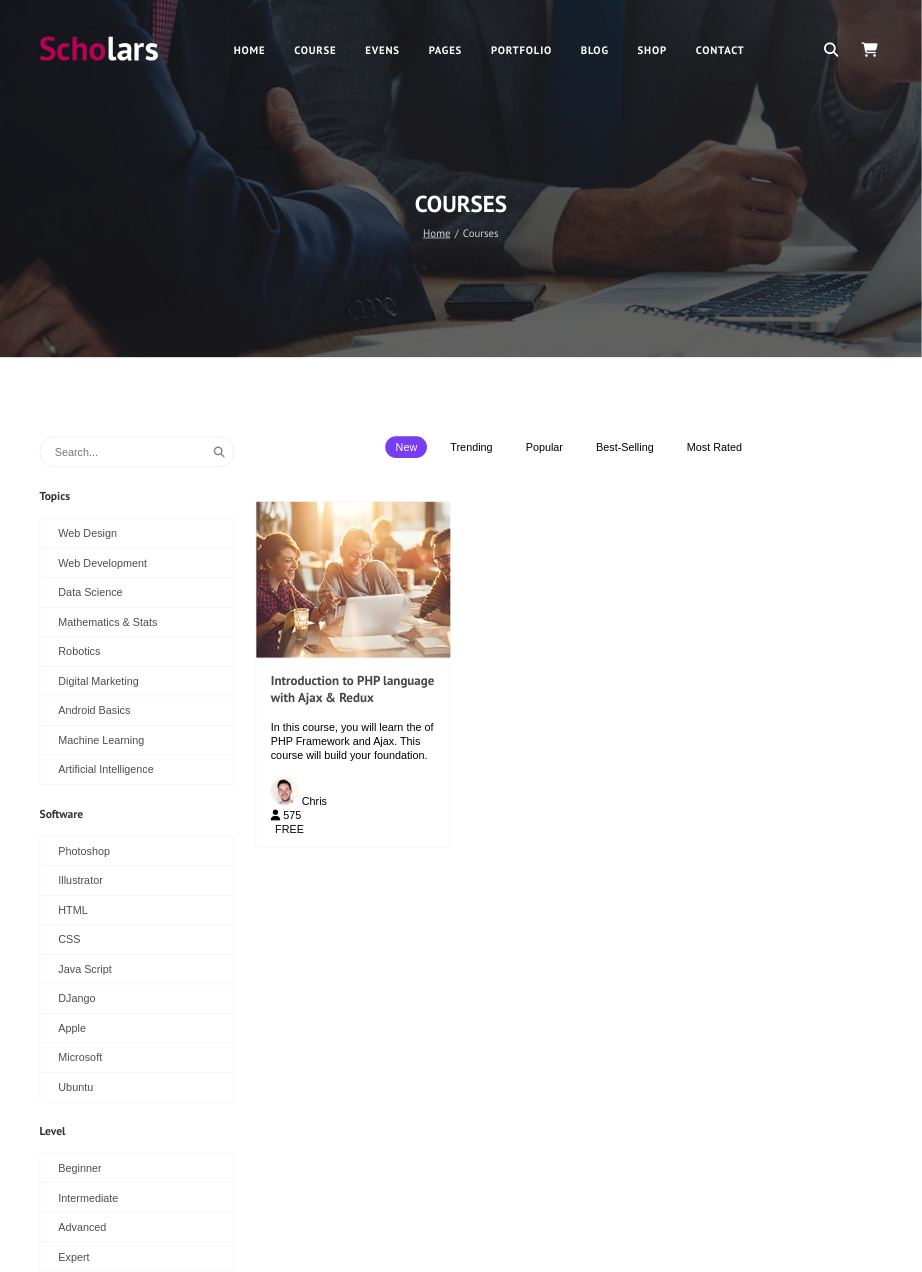
Repository: lannguyen1301/f8-zoom-day-7
Page: index.html
The author's editor kept a copy of each file at every save. The page is drawn from the files as they stood at one save, then again after the next save.
The browser window is 1280 px wide. The pictures show the whole page, at 72% of full size.
Some web fonts or font styles are not loaded; a fallback is used.

Above is the page before, as saved 2025-04-25 12:42:34.

### index.html
<!DOCTYPE html>
<html lang="en">

<head>
    <meta charset="UTF-8">
    <meta name="viewport" content="width=device-width, initial-scale=1.0">
    <title>Scholars - Education, University & LMS HTML Template</title>

    <!-- Styles -->
    <link rel="stylesheet" href="./assets/css/reset.css">
    <link rel="stylesheet" href="./assets/css/style.css">

    <!-- Icon Font Awesome -->
    <link rel="stylesheet" href="https://cdnjs.cloudflare.com/ajax/libs/font-awesome/6.7.2/css/all.min.css"
        integrity="sha512-Evv84Mr4kqVGRNSgIGL/F/aIDqQb7xQ2vcrdIwxfjThSH8CSR7PBEakCr51Ck+w+/U6swU2Im1vVX0SVk9ABhg=="
        crossorigin="anonymous" referrerpolicy="no-referrer" />

    <!-- Font -->
    <link rel="preconnect" href="https://fonts.googleapis.com">
    <link rel="preconnect" href="https://fonts.gstatic.com" crossorigin>

    <link
        href="https://fonts.googleapis.com/css2?family=PT+Sans:ital,wght@0,400;0,700;1,400;1,700&family=Source+Sans+3:ital,wght@0,200..900;1,200..900&display=swap"
        rel="stylesheet">
</head>

<body>
    <div class="wrapper">
        <!-- Start header wrapper -->
        <div class="header-wrapper">
            <div class="inner">
                <div class="container header-container">
                    <!-- Start Header -->
                    <div class="header">
                        <!-- logo -->
                        <a href="./">
                            <img src="./assets/img/logo/logo.png" alt="Scholars Logo" class="header-logo">
                        </a>

                        <!-- Start Navigation -->
                        <ul class="nav">
                            <li class="item">
                                <a href="#!" class="link">Home</a>
                            </li>
                            <li class="item">
                                <a href="#!" class="link">Course</a>
                            </li>
                            <li class="item">
                                <a href="#!" class="link">Evens</a>
                            </li>
                            <li class="item">
                                <a href="#!" class="link">pages</a>
                            </li>
                            <li class="item">
                                <a href="#!" class="link">Portfolio</a>
                            </li>
                            <li class="item">
                                <a href="#!" class="link">Blog</a>
                            </li>
                            <li class="item">
                                <a href="#!" class="link">Shop</a>
                            </li>
                            <li class="item">
                                <a href="#!" class="link">Contact</a>
                            </li>
                        </ul>
                        <!-- End Navigation -->

                        <!-- User action -->
                        <div class="action-wrapper">
                            <button class="action-btn">
                                <i class="fa-solid fa-magnifying-glass"></i>
                            </button>
                            <button class="action-btn">
                                <i class="fa-solid fa-cart-shopping"></i>
                            </button>
                        </div>
                    </div>
                    <!-- End Header -->

                    <!-- Start Header Content -->
                    <div class="header-content">
                        <h1 class="heading">COURSES</h1>
                        <ul class="breadcrumb">
                            <li>
                                <a href="#!">Home</a>
                            </li>
                            <li>Courses</li>
                        </ul>
                    </div>
                    <!-- End Header Content -->
                </div>
            </div>
        </div>
        <!-- End header wrapper -->

        <!-- Start main -->
        <div class="main">
            <div class="container">
                <div class="inner">
                    <!-- Start sidebar -->
                    <div class="sidebar">
                        <!-- Start search form -->
                        <form action="" class="search-form" autocomplete="off">
                            <input type="text" name="" id="" placeholder="Search..." spellcheck="false"
                                class="search-input">
                            <button class="search-btn">
                                <i class="fa-solid fa-magnifying-glass"></i>
                            </button>
                        </form>
                        <!-- End search form -->

                        <!-- Start sidebar menu -->
                        <h2 class="menu-title">
                            Topics
                        </h2>
                        <ul class="menu">
                            <li>
                                <a href="#!">Web Design</a>
                            </li>
                            <li>
                                <a href="#!">Web Development</a>
                            </li>
                            <li>
                                <a href="#!">Data Science</a>
                            </li>
                            <li>
                                <a href="#!">Mathematics & Stats</a>
                            </li>
                            <li>
                                <a href="#!">Robotics</a>
                            </li>
                            <li>
                                <a href="#!">Digital Marketing</a>
                            </li>
                            <li>
                                <a href="#!">Android Basics</a>
                            </li>
                            <li>
                                <a href="#!">Machine Learning</a>
                            </li>
                            <li>
                                <a href="#!">Artificial Intelligence</a>
                            </li>
                        </ul>

                        <h2 class="menu-title">
                            Software
                        </h2>
                        <ul class="menu">
                            <li>
                                <a href="#!">Photoshop</a>
                            </li>
                            <li>
                                <a href="#!">Illustrator</a>
                            </li>
                            <li>
                                <a href="#!">HTML</a>
                            </li>
                            <li>
                                <a href="#!">CSS</a>
                            </li>
                            <li>
                                <a href="#!">Java Script</a>
                            </li>
                            <li>
                                <a href="#!">DJango</a>
                            </li>
                            <li>
                                <a href="#!">Apple</a>
                            </li>
                            <li>
                                <a href="#!">Microsoft</a>
                            </li>
                            <li>
                                <a href="#!">Ubuntu</a>
                            </li>
                        </ul>

                        <h2 class="menu-title">
                            Level
                        </h2>
                        <ul class="menu">
                            <li>
                                <a href="#!">Beginner</a>
                            </li>
                            <li>
                                <a href="#!">Intermediate</a>
                            </li>
                            <li>
                                <a href="#!">Advanced</a>
                            </li>
                            <li>
                                <a href="#!">Expert</a>
                            </li>
                        </ul>
                        <!-- End sidebar menu -->
                    </div>
                    <!-- End sidebar -->

                    <!-- Start main content -->
                    <div class="main-content">
                        <!-- Start topics -->
                        <ul class="topics">
                            <li class="active">
                                <a href="#!">New</a>
                            </li>
                            <li>
                                <a href="#!">Trending</a>
                            </li>
                            <li>
                                <a href="#!">Popular</a>
                            </li>
                            <li>
                                <a href="#!">Best-Selling</a>
                            </li>
                            <li>
                                <a href="#!">Most Rated</a>
                            </li>
                        </ul>
                        <!-- End topics -->

                        <!-- Start Courses lisst -->
                        <div class="courses-list">
                            <div class="courses-item">
                                <a href="#!" class="thumb-wrapper">
                                    <img src="./assets/img/courses-img/course-1.jpg" alt="" class="course-thumb">
                                </a>
                                <div class="course-info">
                                    <h3 class="course-title">
                                        <a href="#!">Introduction to PHP language with Ajax & Redux</a>
                                    </h3>
                                    <p class="course-desc">
                                        In this course, you will learn the of PHP Framework and Ajax. This course will
                                        build your foundation.
                                    </p>
                                    <div class="course-bottom">
                                        <div>
                                            <img src="./assets/img/avatar/avatar-author-1.jpg" alt="" class="avatar">

                                            <span>Chris</span>
                                        </div>
                                        <div>
                                            <i class="fa-solid fa-user"></i>
                                            <span>575</span>
                                        </div>
                                        <button class="course-btn">FREE</button>
                                    </div>
                                </div>
                            </div>
                        </div>
                        <!-- End Courses lisst -->
                    </div>
                    <!-- End main content -->
                </div>
            </div>
        </div>
        <!-- End main -->
    </div>

</body>

</html>

### assets/css/style.css
*,
::before,
::after {
    box-sizing: border-box;
}

:root {
    --heading-font: "PT Sans", sans-serif;
    --black: #000;
    --white: #fff;
    --primary: #b80257;
    --secondary: #783df0;
}

html {
    font-size: 62.5%;
}

body {
    scroll-behavior: smooth;
    font-family: "Source Sans 3", sans-serif;
    font-size: 1.5rem;
    line-height: 1.3;
}

h1,
h2,
h3,
h4,
h5,
h6 {
    font-family: var(--heading-font);
    font-weight: 700;
}

input,
button {
    border: none;
    outline: none;
    background: transparent;
    cursor: pointer;
}

a,
img,
button,
input,
textarea,
select {
    font-size: inherit;
    font-family: inherit;
    color: inherit;
    -webkit-tap-highlight-color: transparent;
    /**
        Thuộc tính -webkit-tap-highlight-color được sử dụng trong CSS
        để kiểm soát hiệu ứng highlight (màu nhấp nháy) khi người dùng chạm vào
        một phần tử trên các thiết bị di động sử dụng trình duyệt WebKit (Safari, Chrome trên iOS).
    **/
}

.container {
    width: 1170px;
    max-width: 100%;
    margin: 0 auto;
}

/* Start header wrapper */
.header-wrapper {
    display: flex;
    width: 100%;
    min-height: 496px;
    background-image: url(../img/banner/banner-2.jpg);
    background-repeat: no-repeat;
    background-size: cover;
    background-position: center;
}

.header-wrapper .inner {
    display: flex;
    width: 100%;
    background: rgba(0, 0, 0, 0.6);
}

.header-container {
    display: flex;
    flex-direction: column;
}

.header {
    display: flex;
    align-items: center;
    justify-content: space-between;
    padding-top: 40px;
}

.header-content {
    display: flex;
    flex-direction: column;
    align-items: center;
    justify-content: center;
    gap: 10px;
    flex-grow: 1;
    color: var(--white);
}

.header .nav {
    display: flex;
}

.nav a {
    display: inline-block;
    padding: 20px;
    color: var(--white);
    text-transform: uppercase;
    text-decoration: none;
    font-family: var(--heading-font);
    font-weight: 700;
    font-size: 1.5rem;
    letter-spacing: 1.1px;
}

.action-wrapper {
    display: flex;
    align-items: center;
    justify-content: center;
    gap: 20px;
}

.action-btn {
    font-size: 2rem;
    color: var(--white);
}

h1.heading {
    font-size: 3.2rem;
}

.breadcrumb {
    display: flex;
    font-family: var(--heading-font);
    font-size: 1.5rem;
    color: #fffc;
}

.breadcrumb li + li::before {
    content: "/";
    padding: 0 6px;
}

/* Start main */
.main {
    margin-top: 110px;
}

.main .inner {
    display: flex;
    gap: 30px;
}

/* Start sidebar */
.sidebar {
    width: 270px;
}

.search-form {
    display: flex;
    align-items: center;
    height: 43px;
    border: 1px solid #00000017;
    border-radius: 20px;
    overflow: hidden;
}

.search-input {
    flex-grow: 1;
    padding-left: 20px;
}

.search-input:not(:placeholder-shown) + .search-btn {
    color: #333;
}

.search-btn {
    padding: 0 20px;
    /* height: 100%; */
    align-self: stretch;
    color: #00000080;
}

.menu-title {
    margin-top: 30px;
    color: #333;
    font-size: 1.6rem;
}

ul.menu {
    margin-top: 20px;
    border: 1px solid #0000000d;
}

ul.menu li + li {
    border-top: 1px solid #0000000d;
}

.menu a {
    display: flex;
    align-items: center;
    height: 40px;
    padding: 0 25px;
    color: #000000b3;
    text-decoration: none;
}

.menu a:hover {
    color: var(--secondary);
}

.main .main-content {
    flex-grow: 1;
}

/* Topics */
.topics {
    display: flex;
    gap: 18px;
    justify-content: center;
}

.topics a {
    display: inline-block;
    height: 30px;
    padding: 0 14px;
    border-radius: 999px;
    text-decoration: none;
    line-height: 30px;
}

.topics .active a,
.topics a:hover {
    background: var(--secondary);
    /* border-radius: 999px; */
    color: var(--white);
}

/* Courses list */
.courses-list {
    --columns: 3;
    --spacing: 30px;

    display: flex;
    flex-wrap: wrap;
    row-gap: var(--spacing);
    margin-top: 60px;
    margin-left: calc(-1 * var(--spacing));
}

.courses-item {
    /* display: flex;
    align-items: center;
    justify-content: center; */
    width: calc(100% / var(--columns) - var(--spacing));
    margin-left: var(--spacing);
    border: 1px solid #0000000d;
}

.courses-item .thumb-wrapper {
    display: block;
    aspect-ratio: 1 / 0.8;
    /* 270 / 217
    hoặc ghi 1.24
     */
}

.course-item .course-thumb {
    display: block;
    width: 100%;
    height: 100%;
    object-fit: cover;
}

.courses-item .course-info {
    padding: 15px 20px;
}

.courses-item .course-title a {
    font-size: 1.8rem;
    color: #464646;
    text-decoration: none;
}

.courses-item .course-desc {
    margin: 20px 0;
}

.courses-item .courses-bottom {
    display: flex;
}

Loaded but not shown: assets/css/reset.css (common file)

After the next save:
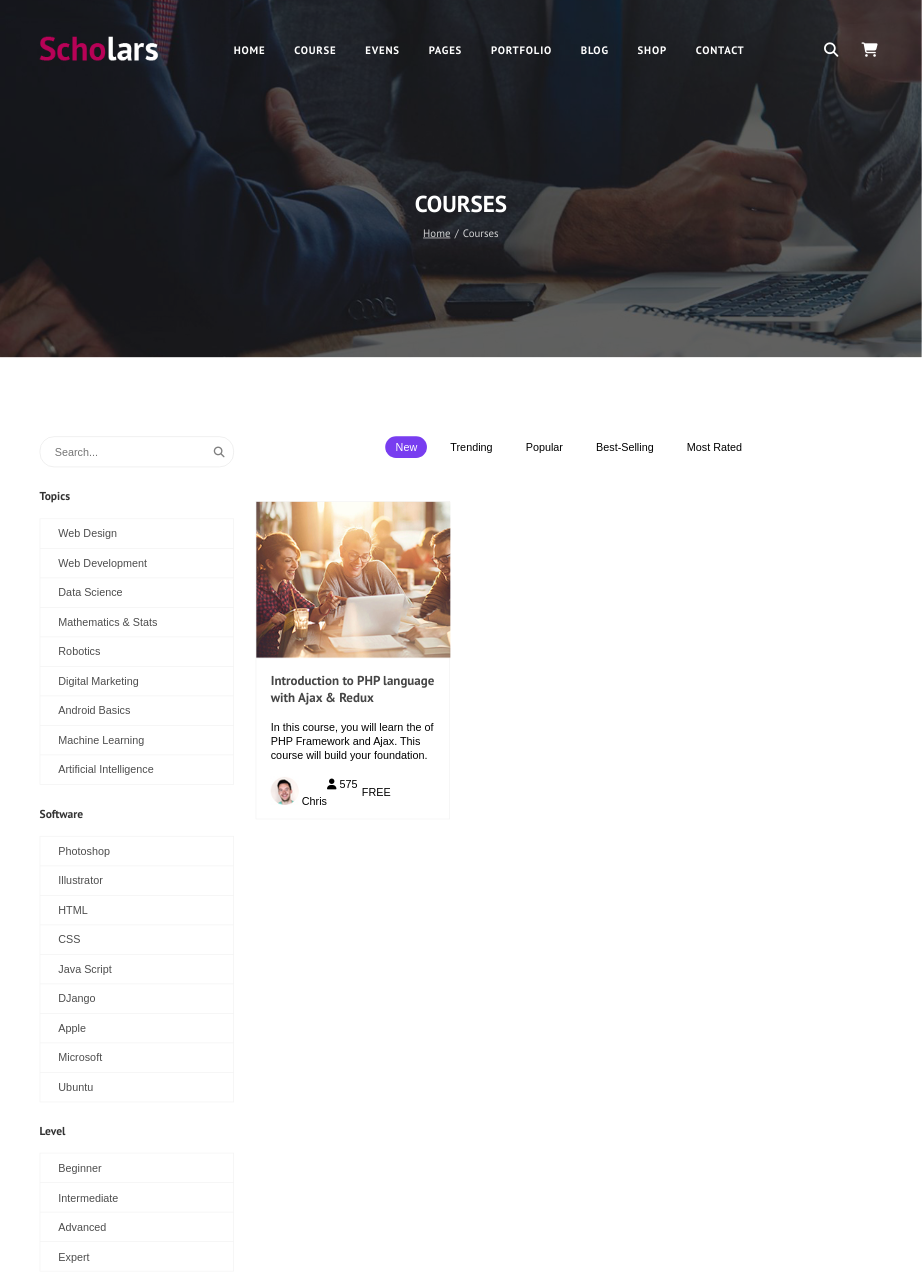
Saved 13 s later.
--- a/assets/css/style.css
+++ b/assets/css/style.css
@@ -292,6 +292,6 @@
     margin: 20px 0;
 }
 
-.courses-item .courses-bottom {
-    display: flex;
-}
+.courses-item .course-bottom {
+    display: flex;
+}
